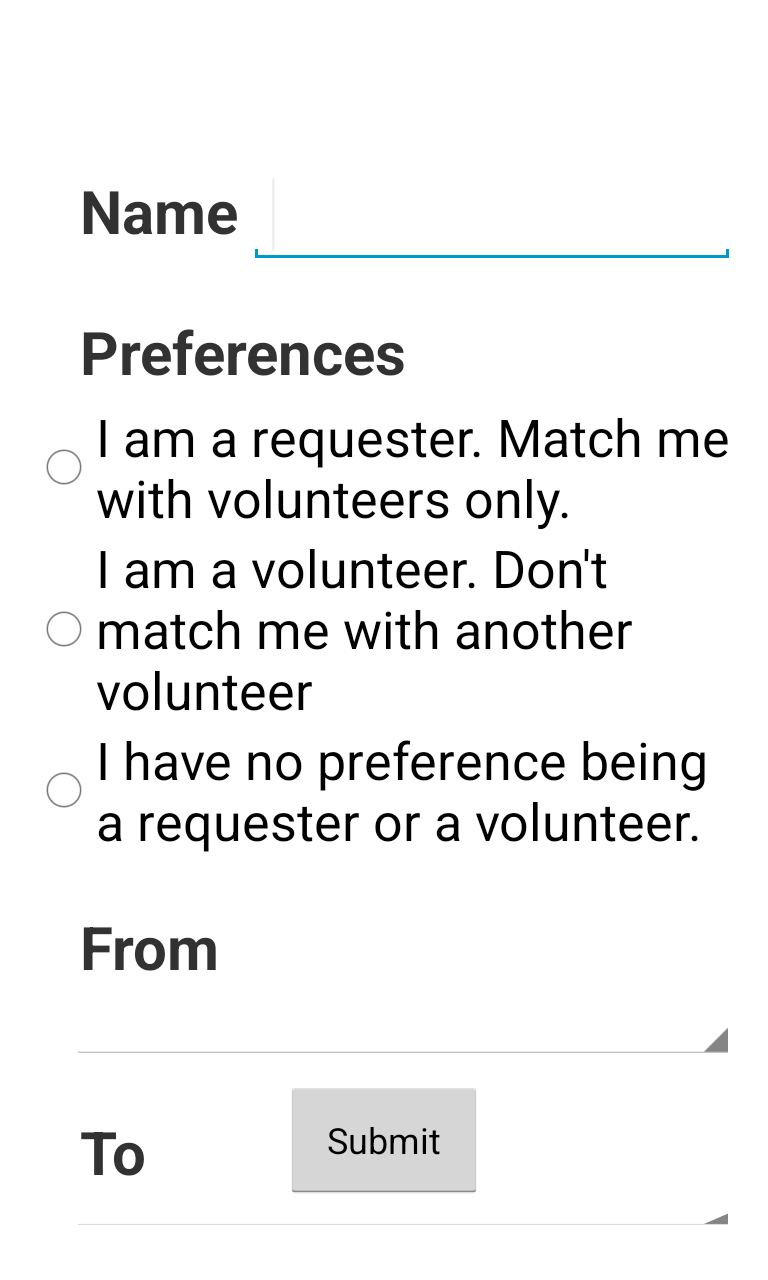
Repository: rwillmot/CS180-SafeWalk-Phase2
Layout: SafeWalkAndroidClient/res/layout/client_fragment_layout.xml
These files come from the project's save history. The layout is drawn as it stood at one moment and after the next save; the edit follows.
It is drawn on a 768 x 1280 px phone screen (xhdpi) without system bars, with theme AppTheme; the app's code is not run.

Above is the layout before, as saved 2014-12-02 22:31:22.

### SafeWalkAndroidClient/res/layout/client_fragment_layout.xml
<RelativeLayout xmlns:android="http://schemas.android.com/apk/res/android"
    xmlns:tools="http://schemas.android.com/tools"
    android:layout_width="match_parent"
    android:layout_height="match_parent"
    android:paddingBottom="@dimen/activity_vertical_margin"
    android:paddingLeft="@dimen/activity_horizontal_margin"
    android:paddingRight="@dimen/activity_horizontal_margin"
    android:paddingTop="@dimen/activity_vertical_margin"
    tools:context="edu.purdue.rwillmo.MainActivity" >

    <!-- TODO your layout here -->

    <Button
        android:id="@+id/bu_submit"
        android:layout_width="wrap_content"
        android:layout_height="wrap_content"
        android:layout_alignParentBottom="true"
        android:layout_centerHorizontal="true"
        android:layout_marginBottom="24dp"
        android:enabled="true"
        android:gravity="center"
        android:minHeight="60dp"
        android:minWidth="100dp"
        android:onClick="onSubmit"
        android:padding="@dimen/padding"
        android:text="@string/submit" />

    <EditText
        android:id="@+id/tv_name"
        android:layout_width="wrap_content"
        android:layout_height="wrap_content"
        android:layout_alignBaseline="@+id/et_name"
        android:layout_alignBottom="@+id/et_name"
        android:layout_toRightOf="@+id/et_name"
        android:ems="10"
        android:inputType="text"
        android:text=""
        android:textSize="26sp" >

        <requestFocus />
    </EditText>

    <TextView
        android:id="@+id/et_name"
        android:layout_width="wrap_content"
        android:layout_height="wrap_content"
        android:layout_alignParentLeft="true"
        android:layout_alignParentTop="true"
        android:layout_marginLeft="19dp"
        android:layout_marginTop="64dp"
        android:padding="@dimen/padding"
        android:text="Name"
        android:textSize="30sp"
        android:textStyle="bold" />

    <RadioGroup

        android:id="@+id/radioGroup1"
        android:layout_width="fill_parent"
        android:layout_height="wrap_content"
        android:orientation="vertical"
        android:layout_below="@+id/et_preferences"
        android:textSize="30sp">



    <RadioButton
        android:id="@+id/radio_requester"
        android:layout_width="wrap_content"
        android:layout_height="wrap_content"
        android:layout_above="@+id/radio_volunteer"
        android:layout_alignLeft="@+id/radio_volunteer"
        android:onClick="onRadioButtonClicked"
        android:text="I am a requester. Match me with volunteers only."
        android:textSize="26sp" />
    <RadioButton
        android:id="@+id/radio_volunteer"
        android:layout_width="wrap_content"
        android:layout_height="wrap_content"
        android:layout_alignRight="@+id/tv_name"
        android:layout_centerVertical="true"
        android:layout_below="@+id/radio_requester"
        android:onClick="onRadioButtonClicked"
        android:text="I am a volunteer. Don&apos;t match me with another volunteer"
        android:textSize="26sp" />
    <RadioButton
        android:id="@+id/radio_neutral"
        android:layout_width="wrap_content"
        android:layout_height="wrap_content"
        android:layout_below="@+id/radio_volunteer"
        android:layout_alignLeft="@+id/radio_requester"
        android:onClick="onRadioButtonClicked"
        android:text="I have no preference being a requester or a volunteer."
        android:textSize="26sp"/>
</RadioGroup>

      <TextView
        android:id="@+id/et_preferences"
        android:layout_width="wrap_content"
        android:layout_height="wrap_content"
        android:layout_below="@+id/et_name"

        android:layout_marginLeft="19dp"
        android:layout_marginTop="20dp"
        android:padding="@dimen/padding"
        android:text="Preferences"
        android:textSize="30sp"
        android:textStyle="bold" />

      <TextView
        android:id="@+id/et_from"
        android:layout_width="wrap_content"
        android:layout_height="wrap_content"
        android:layout_below="@+id/radioGroup1"

        android:layout_marginLeft="19dp"
        android:layout_marginTop="20dp"
        android:padding="@dimen/padding"
        android:text="From"
        android:textSize="30sp"
        android:textStyle="bold" />

      <TextView
        android:id="@+id/et_to"
        android:layout_width="wrap_content"
        android:layout_height="wrap_content"
        android:layout_below="@+id/from_spinner"
        android:layout_marginLeft="19dp"
        android:layout_marginTop="20dp"
        android:padding="@dimen/padding"
        android:text="To"
        android:textSize="30sp"
        android:textStyle="bold" />

     <Spinner
         android:id="@+id/to_spinner"
         android:layout_width="fill_parent"
         android:layout_height="wrap_content"
         android:layout_alignLeft="@+id/et_to"
         android:layout_below="@+id/et_to"
         android:layout_marginBottom="10dp" />

     <Spinner
         android:id="@+id/from_spinner"
         android:layout_width="fill_parent"
         android:layout_height="wrap_content"
         android:layout_alignLeft="@+id/et_from"
         android:layout_below="@+id/et_from" />

</RelativeLayout>

### SafeWalkAndroidClient/res/values/styles.xml
<resources xmlns:android="http://schemas.android.com/apk/res/android">

    <!--
        Base application theme, dependent on API level. This theme is replaced
        by AppBaseTheme from res/values-vXX/styles.xml on newer devices.
    -->
    <style name="AppBaseTheme" parent="android:Theme.Light">
        <!--
            Theme customizations available in newer API levels can go in
            res/values-vXX/styles.xml, while customizations related to
            backward-compatibility can go here.
        -->
    </style>

    <!-- Application theme. -->
    <style name="AppTheme" parent="AppBaseTheme">

        <!-- All customizations that are NOT specific to a particular API-level can go here. -->
    </style>

    <style name="TitleBarText">
        <item name="android:layout_width">0dp</item>
        <item name="android:layout_height">fill_parent</item>
        <item name="android:layout_weight">1</item>
        <item name="android:gravity">center_vertical</item>
        <item name="android:textSize"> 17sp </item>
        <item name="android:paddingLeft">12dip</item>
        <item name="android:paddingRight">12dip</item>
        <item name="android:textColor">@color/white</item>
        <item name="android:singleLine">true</item>
        <item name="android:ellipsize">end</item>
    </style>

    <style name="ActionBarButton">
        <item name="android:layout_width">wrap_content</item>
        <item name="android:layout_height">wrap_content</item>
        <item name="android:background">@color/menu_button</item>
        <item name="android:textColor">@color/white</item>
        <item name="android:ellipsize">end</item>
        <item name="android:singleLine">true</item>
        <item name="android:textSize">@dimen/text_size_small</item>
    </style>

    <style name="MyActionBar" parent="@android:style/Widget.Holo.Light.ActionBar">
        <item name="android:background">@color/action_bar</item>
    </style>

</resources>

### SafeWalkAndroidClient/res/values/dimens.xml
<resources>

    <!-- Default screen margins, per the Android Design guidelines. -->
    <dimen name="activity_horizontal_margin">16dp</dimen>
    <dimen name="activity_vertical_margin">16dp</dimen>
    <dimen name="padding">5dp</dimen>
    <dimen name="title_size">28sp</dimen>
    <dimen name="text_size_medium">24sp</dimen>
    <dimen name="text_size_small">20sp</dimen>
    <dimen name="margin_bigline">20dp</dimen>
    <dimen name="min_button_width">100dp</dimen>
    <dimen name="margin_top">50dp</dimen>
    <dimen name="margin_left">60dp</dimen>
    <dimen name="margin_right">60dp</dimen>

    <dimen name="margin_line">30dp</dimen>

</resources>

### SafeWalkAndroidClient/res/values/colors.xml
<resources>

    <!-- Default screen margins, per the Android Design guidelines. -->
    <color name="white">#FFFFFFFF</color>
    <color name="light_grey">#FFD8D9DF</color>
    <color name="dark_grey">#FF595C6E</color>
    <color name="salmon">#FFFFA239</color>
    <color name="submit">#FFAD5700</color>
    <color name="action_bar">#991B1969</color>
    <color name="menu_button">#FF545385</color>
</resources>

### SafeWalkAndroidClient/res/values/strings.xml
<?xml version="1.0" encoding="utf-8"?>
<resources>
    <string name="app_name">SafeWalk</string>
    <string name="server">Server</string>
    <string name="client">Client</string>
    <string name="submit">Submit</string>
    <string name="match">Match</string>
    <string name="start_over">Start Over</string>
    <string name="default_host">10.0.2.2</string>
    <string name="default_port">8888</string>
    <string name="default_command">:FAKE_COMMAND</string>
    <string name="host">Host</string>
    <string name="port">Port</string>
</resources>

Loaded but not shown: SafeWalkAndroidClient/res/values-v11/styles.xml (common file); SafeWalkAndroidClient/res/values-v14/styles.xml (common file); SafeWalkAndroidClient/res/values-w820dp/dimens.xml (common file)

After the next save:
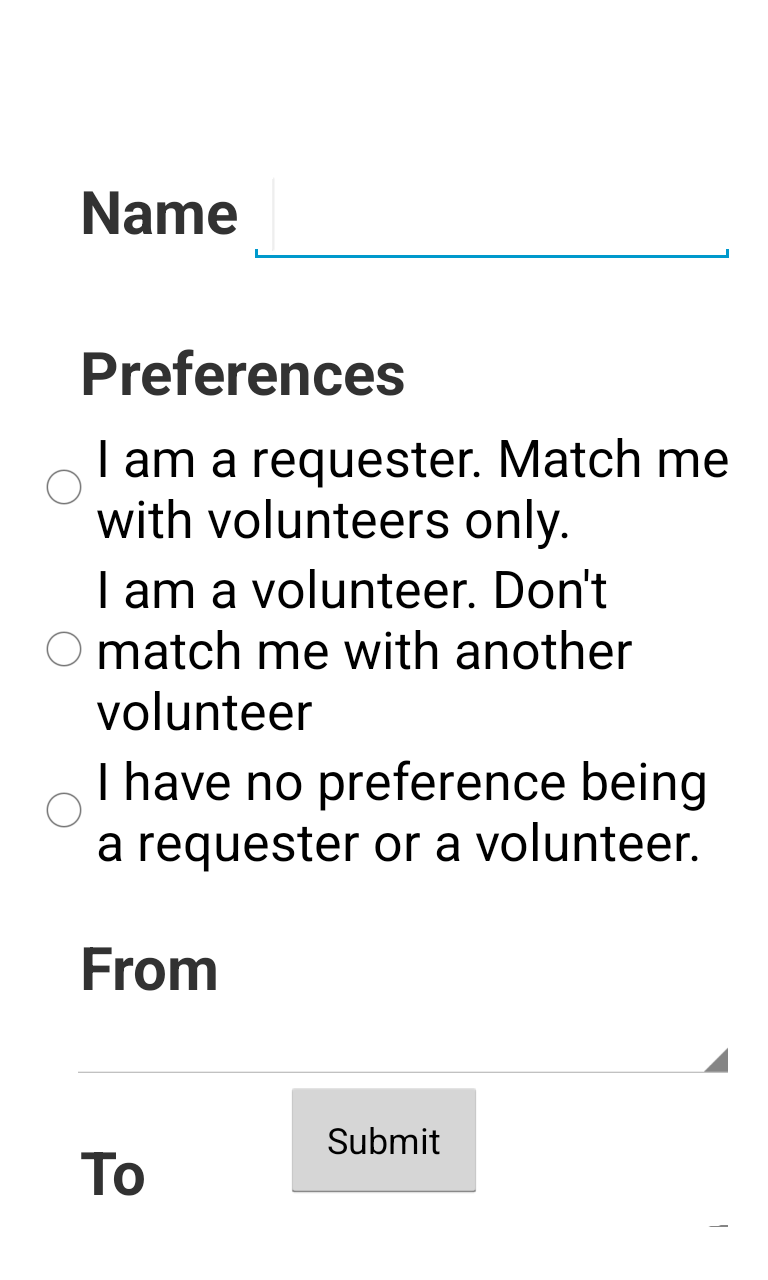
Saved 4 min 22 s later.
--- a/SafeWalkAndroidClient/res/layout/client_fragment_layout.xml
+++ b/SafeWalkAndroidClient/res/layout/client_fragment_layout.xml
@@ -101,7 +101,7 @@
         android:layout_below="@+id/et_name"
 
         android:layout_marginLeft="19dp"
-        android:layout_marginTop="20dp"
+        android:layout_marginTop="30dp"
         android:padding="@dimen/padding"
         android:text="Preferences"
         android:textSize="30sp"
